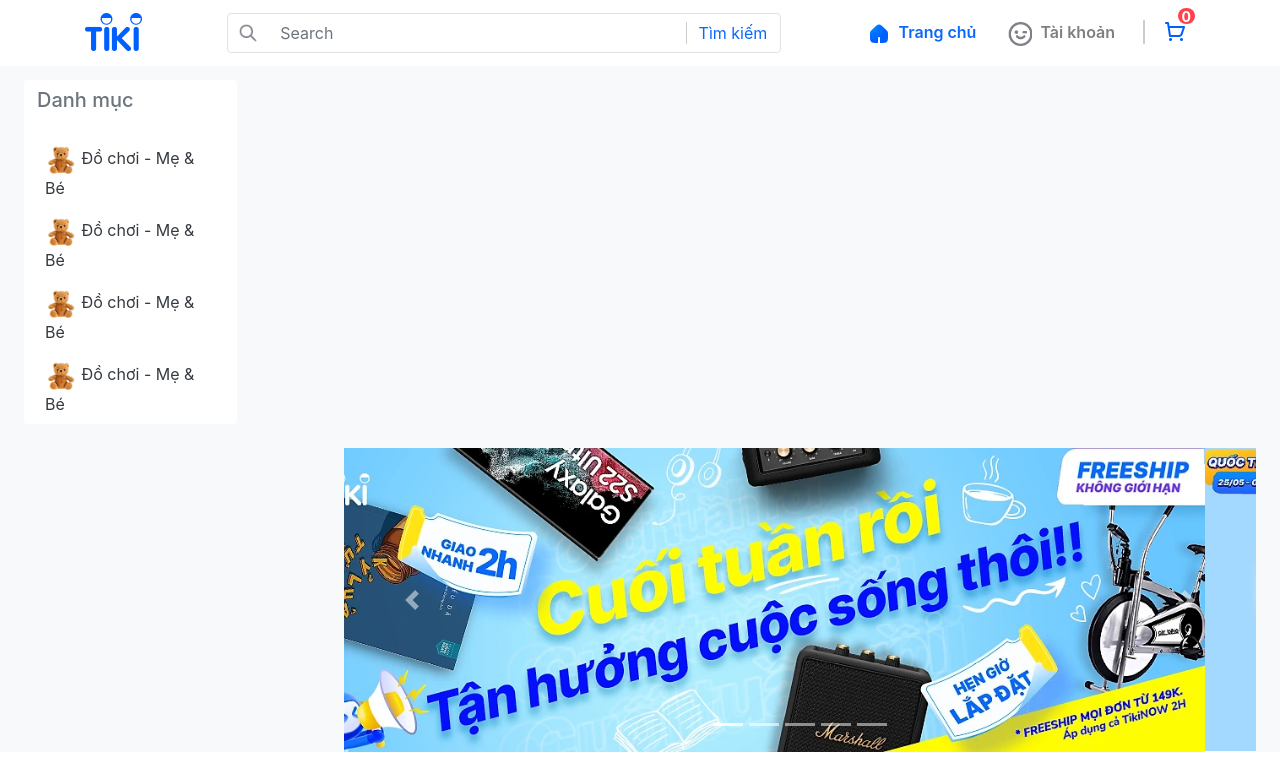
Repository: tam1512/website-ban-hang
Page: index.html
An editor plug-in stored every save of this project. The page is shown before and after the next save, followed by the edit.
The browser window is 1280 px wide. The pictures show the whole page.
Some web libraries are served in a nearby version.

Above is the page before, as saved 2023-05-27 18:59:06.

### index.html
<!DOCTYPE html>
<html lang="en">
  <head>
    <meta charset="UTF-8" />
    <meta http-equiv="X-UA-Compatible" content="IE=edge" />
    <meta name="viewport" content="width=device-width, initial-scale=1.0" />
    <title>Tiki - Mua hàng online</title>
    <link
      rel="stylesheet"
      href="https://stackpath.bootstrapcdn.com/bootstrap/4.3.1/css/bootstrap.min.css"
      integrity="sha384-ggOyR0iXCbMQv3Xipma34MD+dH/1fQ784/j6cY/iJTQUOhcWr7x9JvoRxT2MZw1T"
      crossorigin="anonymous"
    />
    <link rel="stylesheet" href="css/home.css" />
  </head>
  <body>
    <div class="home-page bg-light">
      <!-- Header -->
      <nav class="navbar navbar-expand-lg navbar-light bg-white fixed-top">
        <div class="container">
          <a href="#" class="navbar-brand">
            <img
              src="img/icon/logo.png"
              alt="Tiki"
              width="57"
              height="40"
              class="d-inline-block align-top"
            />
          </a>
          <button
            class="navbar-toggler"
            type="button"
            data-toggle="collapse"
            data-target="#navbarNav"
            aria-controls="navbarNav"
            aria-expanded="false"
            aria-label="Toggle navigation"
          >
            <span class="navbar-toggler-icon"></span>
          </button>
          <form action="" class="form-inline">
            <div class="input-group border rounded bg-white align-items-center">
              <img
                class="search-icon"
                src="img/icon/search.png"
                alt="icon-search"
                width="20"
                height="20"
              />
              <input
                class="form-control border-0"
                type="search"
                placeholder="Search"
                aria-label="Search"
              />
              <button class="btn my-2 my-sm-0">Tìm kiếm</button>
            </div>
          </form>
          <div class="header-user collapse navbar-collapse" id="navbarNav">
            <ul class="navbar-nav mr-auto">
              <li class="nav-item active">
                <a href="#" class="nav-link home-icon">
                  <img
                    src="img/icon/home-active.png"
                    alt=""
                    width="24"
                    height="24"
                  />
                  Trang chủ
                </a>
              </li>
              <li class="nav-item">
                <div class="dropdown-account">
                  <a href="#" class="nav-link user-icon">
                    <img
                      src="img/icon/user.png"
                      alt=""
                      width="24"
                      height="24"
                    />
                    Tài khoản
                  </a>
                  <div class="dropdown-menu-account">
                    <a href="#" class="menu-item">Thông tin tài khoản</a>
                    <a href="#" class="menu-item">Đơn hàng của tôi</a>
                    <a href="#" class="menu-item">Đăng xuất</a>
                  </div>
                </div>
              </li>
              <li class="nav-item">
                <a href="#" class="nav-link cart-icon">
                  <img src="img/icon/cart.png" alt="" width="24" height="24" />
                  <span class="quantity-product-cart">0</span>
                </a>
              </li>
            </ul>
          </div>
        </div>
      </nav>
      <!-- Sidebar -->
      <div class="container-fluid bg-light">
        <div class="row">
          <div class="col-md-2 d-none d-md-block bg-white rounded sidebar ml-4">
            <div class="sidebar-sticky">
              <h5
                class="sidebar-heading d-flex justify-content-between align-items-center mt-2 mb-1 ml-2 text-muted"
              >
                Danh mục
              </h5>
              <ul class="nav flex-column mt-4">
                <li class="nav-item rounded">
                  <a href="#" class="nav-link text-dark">
                    <img
                      src="img/category/dochoi-me&be.png"
                      width="32"
                      height="32"
                      alt=""
                    />
                    Đồ chơi - Mẹ & Bé</a
                  >
                </li>
                <li class="nav-item rounded">
                  <a href="#" class="nav-link text-dark">
                    <img
                      src="img/category/dochoi-me&be.png"
                      width="32"
                      height="32"
                      alt=""
                    />
                    Đồ chơi - Mẹ & Bé</a
                  >
                </li>
                <li class="nav-item rounded">
                  <a href="#" class="nav-link text-dark">
                    <img
                      src="img/category/dochoi-me&be.png"
                      width="32"
                      height="32"
                      alt=""
                    />
                    Đồ chơi - Mẹ & Bé</a
                  >
                </li>
                <li class="nav-item rounded">
                  <a href="#" class="nav-link text-dark">
                    <img
                      src="img/category/dochoi-me&be.png"
                      width="32"
                      height="32"
                      alt=""
                    />
                    Đồ chơi - Mẹ & Bé</a
                  >
                </li>
              </ul>
            </div>
          </div>
        </div>
      </div>

      <!-- Main content -->
      <main role="main" class="col-md-9 ml-sm-auto col-lg-9 px-4">
        <!-- Slider -->
        <div
          id="carouselIndicators"
          class="carousel slide my-4"
          data-ride="carousel"
        >
          <!-- Caeousel (thanh truoc) -->
          <ol class="carousel-indicators">
            <li
              data-target="#carouselIndicators"
              data-slide-to="0"
              class="active"
            ></li>
            <li data-target="#carouselIndicators" data-slide-to="1"></li>
            <li data-target="#carouselIndicators" data-slide-to="2"></li>
            <li data-target="#carouselIndicators" data-slide-to="4"></li>
            <li data-target="#carouselIndicators" data-slide-to="5"></li>
          </ol>
          <!-- list slider -->
          <div class="carousel-inner" role="listbox">
            <div class="carousel-item active">
              <img src="img/slider/1-1.png" class="d-block img-fluid" alt="" />
            </div>
            <div class="carousel-item">
              <img src="img/slider/1-2.png" class="d-block img-fluid" alt="" />
            </div>
            <div class="carousel-item">
              <img src="img/slider/1.png" class="d-block img-fluid" alt="" />
            </div>
            <div class="carousel-item">
              <img src="img/slider/2.png" class="d-block img-fluid" alt="" />
            </div>
            <div class="carousel-item">
              <img src="img/slider/3.png" class="d-block img-fluid" alt="" />
            </div>
          </div>
          <!-- prev and next -->
          <a
            href="#carouselIndicators"
            class="carousel-control-prev"
            role="button"
            data-slide="prev"
          >
            <span class="carousel-control-prev-icon" aria-hidden="true"></span>
            <spna class="sr-only">Previous</spna>
          </a>
          <a
            href="#carouselIndicators"
            class="carousel-control-next"
            role="button"
            data-slide="next"
          >
            <span class="carousel-control-next-icon" aria-hidden="true"></span>
            <spna class="sr-only">Next</spna>
          </a>
        </div>
      </main>
    </div>
    <!-- Bootstrap JavaScript -->
    <script
      src="https://code.jquery.com/jquery-3.3.1.slim.min.js"
      integrity="sha384-q8i/X+965DzO0rT7abK41JStQIAqVgRVzpbzo5smXKp4YfRvH+8abtTE1Pi6jizo"
      crossorigin="anonymous"
    ></script>
    <script
      src="https://cdn.jsdelivr.net/npm/@popperjs/core@2.10.2/dist/umd/popper.min.js"
      integrity="sha384-4QJ63v0fU4zqSw8sT5WzE5uYIhSvP5b+Dj7B6pV8j2p6Zx3QJ4f1PcE1y9nHt6wN"
      crossorigin="anonymous"
    ></script>
    <script
      src="https://stackpath.bootstrapcdn.com/bootstrap/4.3.1/js/bootstrap.min.js"
      integrity="sha384-JjSmVgyd0p3pXB1rRibZUAYoIIy6OrQ6VrjIEaFf/nJGzIxFDsf4x0xIM+B07jRM"
      crossorigin="anonymous"
    ></script>
  </body>
</html>

### css/home.css
:root {
  --primary-color: rgb(10, 104, 255);
}

.home-page {
  padding-top: 80px;
}

/* Header */

/* Search */
.container .form-inline {
  flex: 1;
  justify-content: center;
}

.form-inline .input-group {
  width: 80%;
}

.home-page .navbar .form-control {
  border: none;
}

.search-icon {
  margin: 0 10px;
}

.input-group input.form-control:focus,
.input-group button.btn:focus {
  box-shadow: none;
  border-color: transparent;
}

.input-group:focus-within {
  border: 1px solid var(--primary-color) !important;
}
.input-group button.btn:hover {
  background-color: rgba(10, 104, 255, 0.2);
}
.input-group button.btn {
  position: relative;
  border-top-left-radius: 0;
  border-bottom-left-radius: 0;
  color: var(--primary-color);
}
.input-group button.btn::after {
  content: "";
  position: absolute;
  width: 1px;
  height: 60%;
  top: 20%;
  left: -1px;
  background-color: #ccc;
}

/* Header-user */
.active a {
  font-weight: 600;
  color: var(--primary-color) !important;
}

.home-icon,
.user-icon {
  padding: 8px 16px !important;
  border-radius: 8px;
  font-weight: 600;
}

.cart-icon {
  display: flex;
  position: relative;
  align-items: center;
  justify-content: center;
  width: 40px;
  height: 40px;
  border-radius: 8px;
  margin-left: 24px;
}

.quantity-product-cart {
  display: flex;
  align-items: center;
  justify-content: center;
  position: absolute;
  top: -4px;
  right: 0;
  font-size: 14px;
  background-color: rgb(255, 66, 79);
  height: 16px;
  border-radius: 8px;
  color: white;
  padding: 0.5px 4px;
  text-align: center;
  font-weight: 700;
}

.cart-icon::after {
  content: "";
  position: absolute;
  width: 2px;
  height: 24px;
  left: -12px;
  top: 50%;
  transform: translateY(-50%);
  background-color: #ccc;
}

.home-icon:hover,
.user-icon:hover,
.cart-icon:hover {
  background-color: rgba(10, 104, 255, 0.2);
}

.home-icon img,
.user-icon img {
  margin-right: 4px;
}

.home-page .navbar .container .navbar-collapse {
  flex-grow: unset;
}

.dropdown-account {
  position: relative;
}

.dropdown-menu-account {
  display: none;
  position: absolute;
  right: 0;
  top: calc(100% - 1px);
  padding: 10px 0;
  border-radius: 8px;
  border: 1px solid rgb(239, 239, 239);
  background-color: #fff;
  width: 240px;
  justify-content: center;
  flex-direction: column;
}

.dropdown-account:hover .dropdown-menu-account {
  display: flex;
}

.dropdown-menu-account .menu-item {
  color: rgb(39, 39, 42);
  padding: 8px 16px;
}

.dropdown-menu-account .menu-item:hover {
  color: var(--primary-color);
  background-color: rgba(39, 39, 42, 0.12);
  text-decoration: none;
}

/* Side bar */
.sidebar-sticky {
  margin-left: -10px;
  margin-right: -10px;
}

.sidebar .nav .nav-item:hover {
  transition: all 0.4s ease-in-out;
  background-color: rgba(39, 39, 42, 0.24);
}

After the next save:
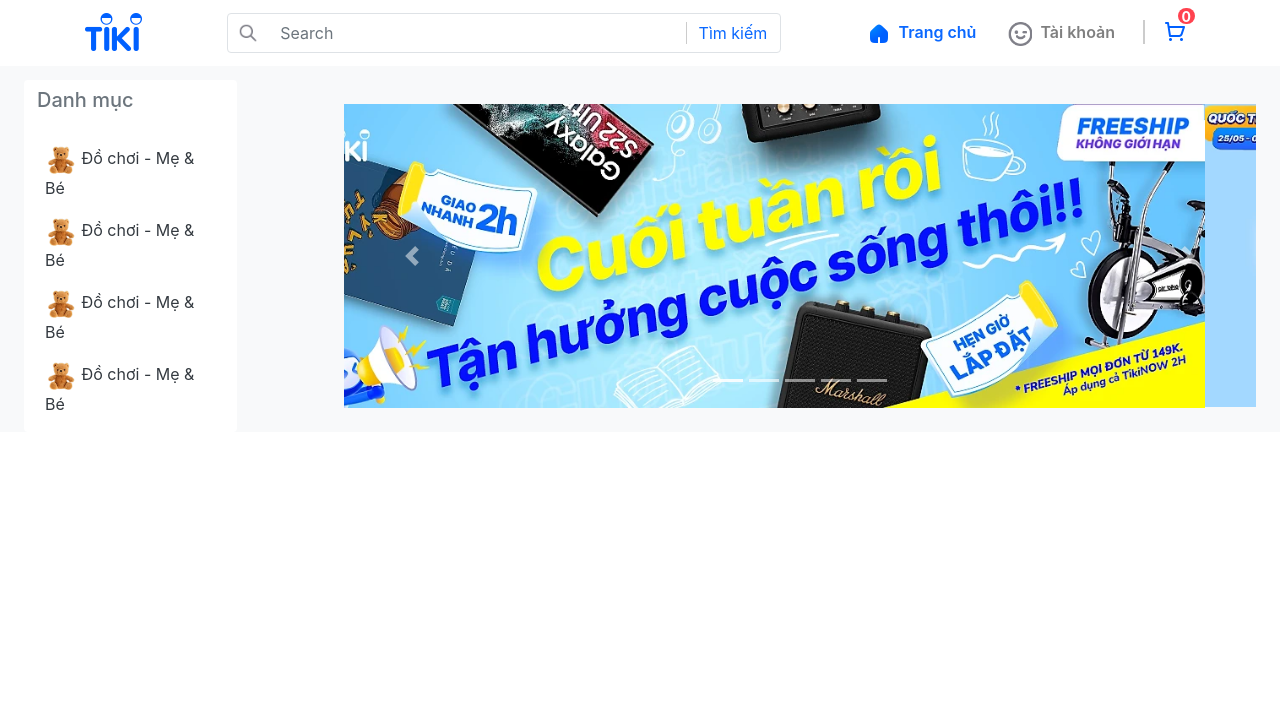
Saved 96 s later.
--- a/index.html
+++ b/index.html
@@ -97,9 +97,10 @@
           </div>
         </div>
       </nav>
-      <!-- Sidebar -->
+      <!-- Main content -->
       <div class="container-fluid bg-light">
         <div class="row">
+          <!-- Sidebar -->
           <div class="col-md-2 d-none d-md-block bg-white rounded sidebar ml-4">
             <div class="sidebar-sticky">
               <h5
@@ -155,68 +156,94 @@
               </ul>
             </div>
           </div>
+
+          <!-- Main content -->
+          <main role="main" class="col-md-9 ml-sm-auto col-lg-9 px-4">
+            <!-- Slider -->
+            <div
+              id="carouselIndicators"
+              class="carousel slide my-4"
+              data-ride="carousel"
+            >
+              <!-- Caeousel (thanh truoc) -->
+              <ol class="carousel-indicators">
+                <li
+                  data-target="#carouselIndicators"
+                  data-slide-to="0"
+                  class="active"
+                ></li>
+                <li data-target="#carouselIndicators" data-slide-to="1"></li>
+                <li data-target="#carouselIndicators" data-slide-to="2"></li>
+                <li data-target="#carouselIndicators" data-slide-to="4"></li>
+                <li data-target="#carouselIndicators" data-slide-to="5"></li>
+              </ol>
+              <!-- list slider -->
+              <div class="carousel-inner" role="listbox">
+                <div class="carousel-item active">
+                  <img
+                    src="img/slider/1-1.png"
+                    class="d-block img-fluid"
+                    alt=""
+                  />
+                </div>
+                <div class="carousel-item">
+                  <img
+                    src="img/slider/1-2.png"
+                    class="d-block img-fluid"
+                    alt=""
+                  />
+                </div>
+                <div class="carousel-item">
+                  <img
+                    src="img/slider/1.png"
+                    class="d-block img-fluid"
+                    alt=""
+                  />
+                </div>
+                <div class="carousel-item">
+                  <img
+                    src="img/slider/2.png"
+                    class="d-block img-fluid"
+                    alt=""
+                  />
+                </div>
+                <div class="carousel-item">
+                  <img
+                    src="img/slider/3.png"
+                    class="d-block img-fluid"
+                    alt=""
+                  />
+                </div>
+              </div>
+              <!-- prev and next -->
+              <a
+                href="#carouselIndicators"
+                class="carousel-control-prev"
+                role="button"
+                data-slide="prev"
+              >
+                <span
+                  class="carousel-control-prev-icon"
+                  aria-hidden="true"
+                ></span>
+                <spna class="sr-only">Previous</spna>
+              </a>
+              <a
+                href="#carouselIndicators"
+                class="carousel-control-next"
+                role="button"
+                data-slide="next"
+              >
+                <span
+                  class="carousel-control-next-icon"
+                  aria-hidden="true"
+                ></span>
+                <spna class="sr-only">Next</spna>
+              </a>
+            </div>
+          </main>
         </div>
       </div>
-
-      <!-- Main content -->
-      <main role="main" class="col-md-9 ml-sm-auto col-lg-9 px-4">
-        <!-- Slider -->
-        <div
-          id="carouselIndicators"
-          class="carousel slide my-4"
-          data-ride="carousel"
-        >
-          <!-- Caeousel (thanh truoc) -->
-          <ol class="carousel-indicators">
-            <li
-              data-target="#carouselIndicators"
-              data-slide-to="0"
-              class="active"
-            ></li>
-            <li data-target="#carouselIndicators" data-slide-to="1"></li>
-            <li data-target="#carouselIndicators" data-slide-to="2"></li>
-            <li data-target="#carouselIndicators" data-slide-to="4"></li>
-            <li data-target="#carouselIndicators" data-slide-to="5"></li>
-          </ol>
-          <!-- list slider -->
-          <div class="carousel-inner" role="listbox">
-            <div class="carousel-item active">
-              <img src="img/slider/1-1.png" class="d-block img-fluid" alt="" />
-            </div>
-            <div class="carousel-item">
-              <img src="img/slider/1-2.png" class="d-block img-fluid" alt="" />
-            </div>
-            <div class="carousel-item">
-              <img src="img/slider/1.png" class="d-block img-fluid" alt="" />
-            </div>
-            <div class="carousel-item">
-              <img src="img/slider/2.png" class="d-block img-fluid" alt="" />
-            </div>
-            <div class="carousel-item">
-              <img src="img/slider/3.png" class="d-block img-fluid" alt="" />
-            </div>
-          </div>
-          <!-- prev and next -->
-          <a
-            href="#carouselIndicators"
-            class="carousel-control-prev"
-            role="button"
-            data-slide="prev"
-          >
-            <span class="carousel-control-prev-icon" aria-hidden="true"></span>
-            <spna class="sr-only">Previous</spna>
-          </a>
-          <a
-            href="#carouselIndicators"
-            class="carousel-control-next"
-            role="button"
-            data-slide="next"
-          >
-            <span class="carousel-control-next-icon" aria-hidden="true"></span>
-            <spna class="sr-only">Next</spna>
-          </a>
-        </div>
-      </main>
     </div>
     <!-- Bootstrap JavaScript -->
     <script
